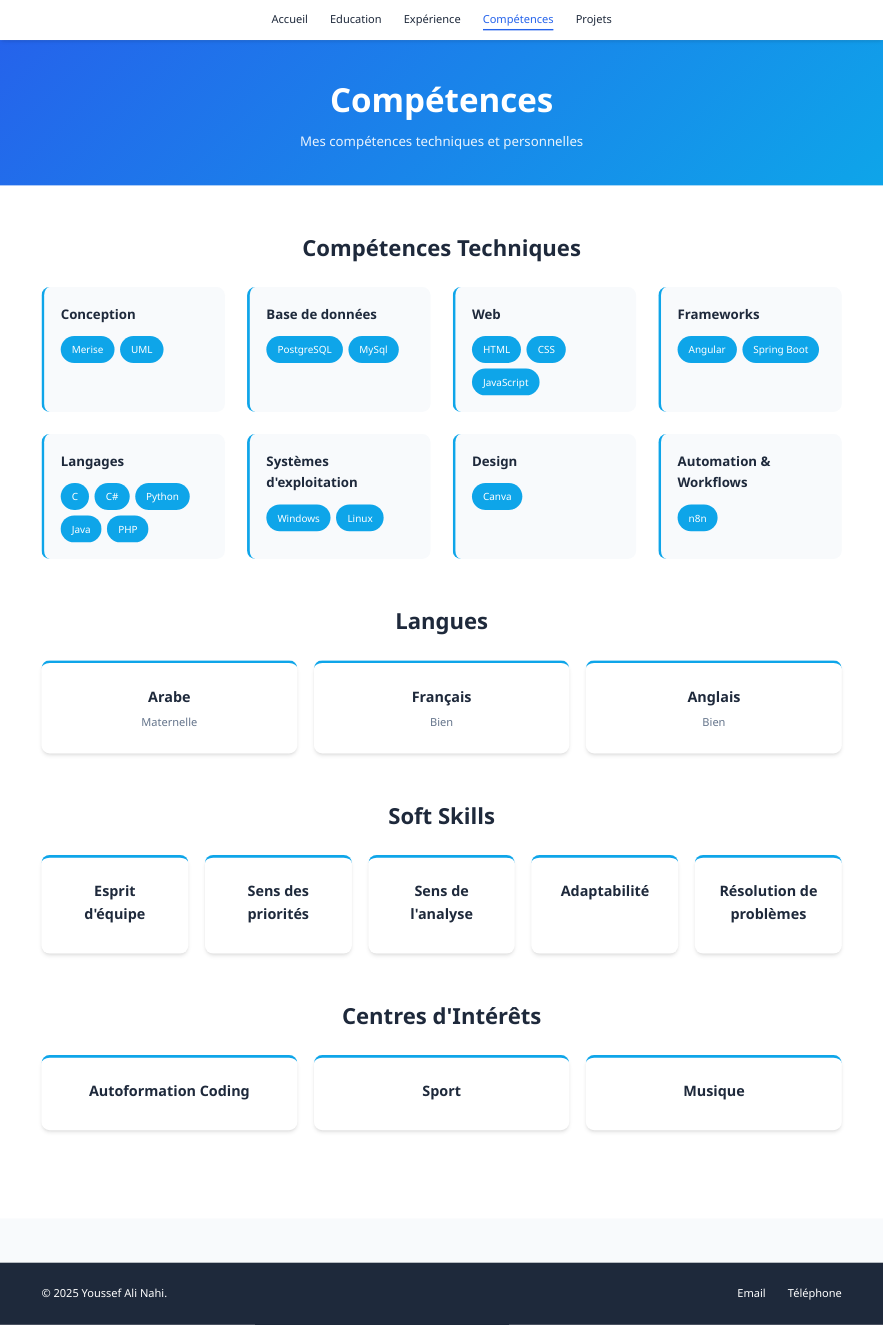
Repository: Youssef-Nahi504/My_Portfolio
Page: competences.html
An editor plug-in stored every save of this project. The page is shown before and after the next save, followed by the edit.
The browser window is 1280 px wide. The pictures show the whole page, at 69% of full size.

Above is the page before, as saved 2025-12-19 16:55:49.

After the next save:
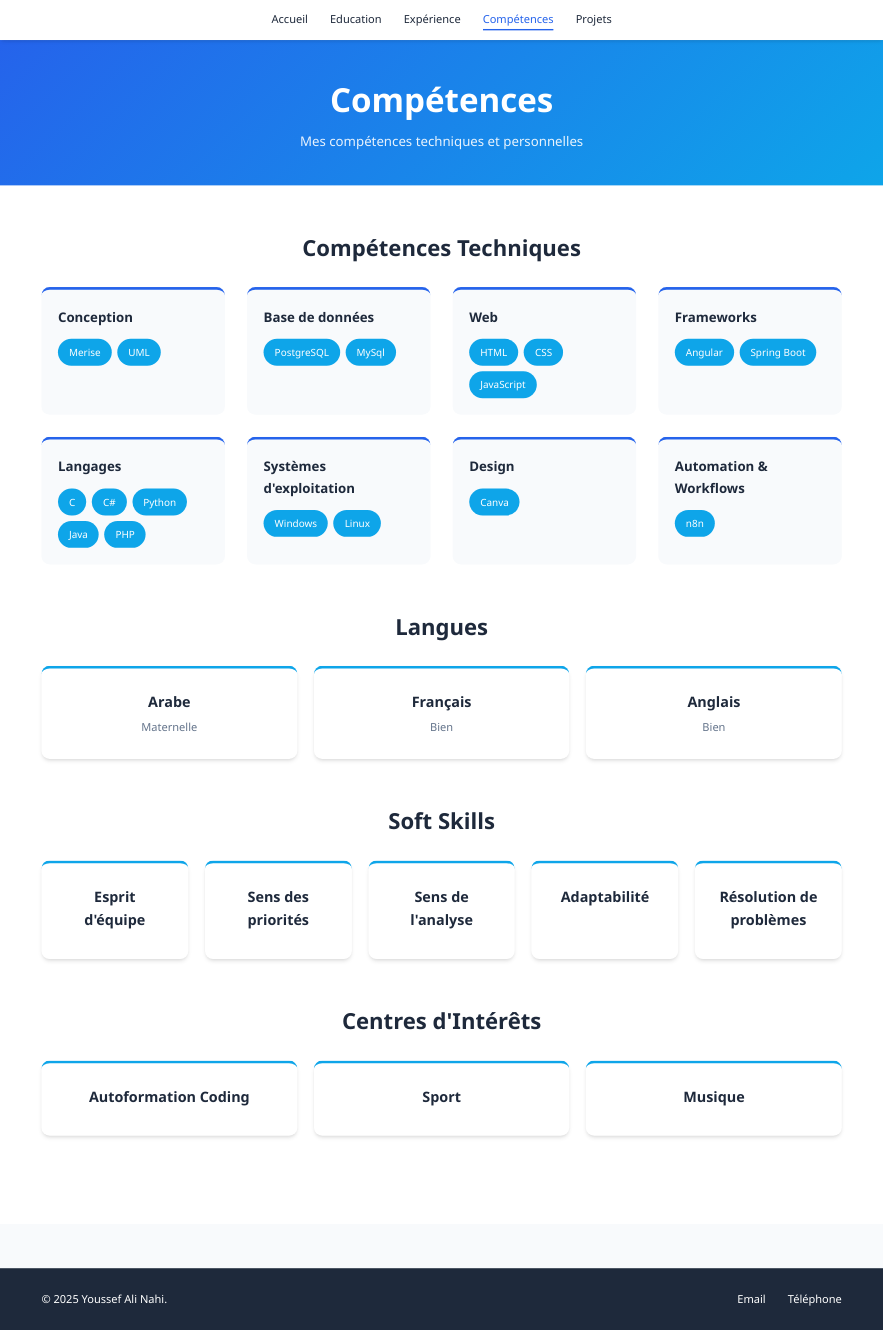
Saved 9 min 15 s later.
--- a/style.css
+++ b/style.css
@@ -443,7 +443,7 @@ body {
     background: var(--bg-light);
     padding: 1.5rem;
     border-radius: 12px;
-    border-left: 4px solid var(--accent-color);
+    border-top: 4px solid var(--primary-color);
 }
 
 .skill-group h3 {
